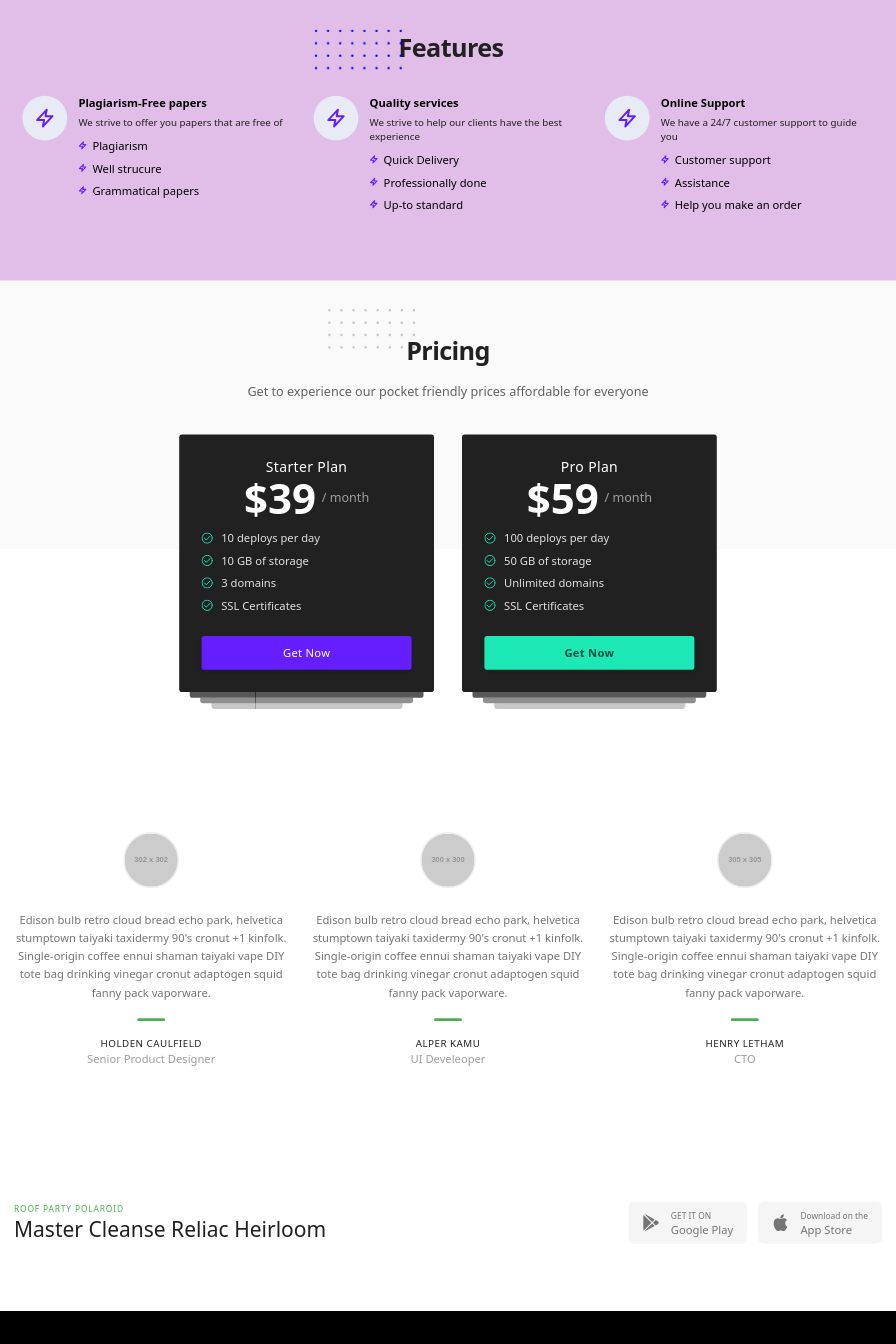
Repository: henrykash/WritingSite
Page: /
The author's editor kept a copy of each file at every save. The page is drawn from the files as they stood at one save, then again after the next save.
The browser window is 1280 px wide. The pictures show the part of the page from y = 694 to 2614 px (the page is 3299 px tall), at 70% of full size.
The project was rebuilt for these pictures with package versions that can differ from the ones it lists, and the page was loaded fresh each time. The framework's server and built-in components were replaced by stand-ins that run in the browser. Also part of the build but not shown: next.config.js, styles/topnav.module.css, styles/tierstyles.module.css.

Above is the page before, as saved 2021-04-23 15:09:26.

After the next save:
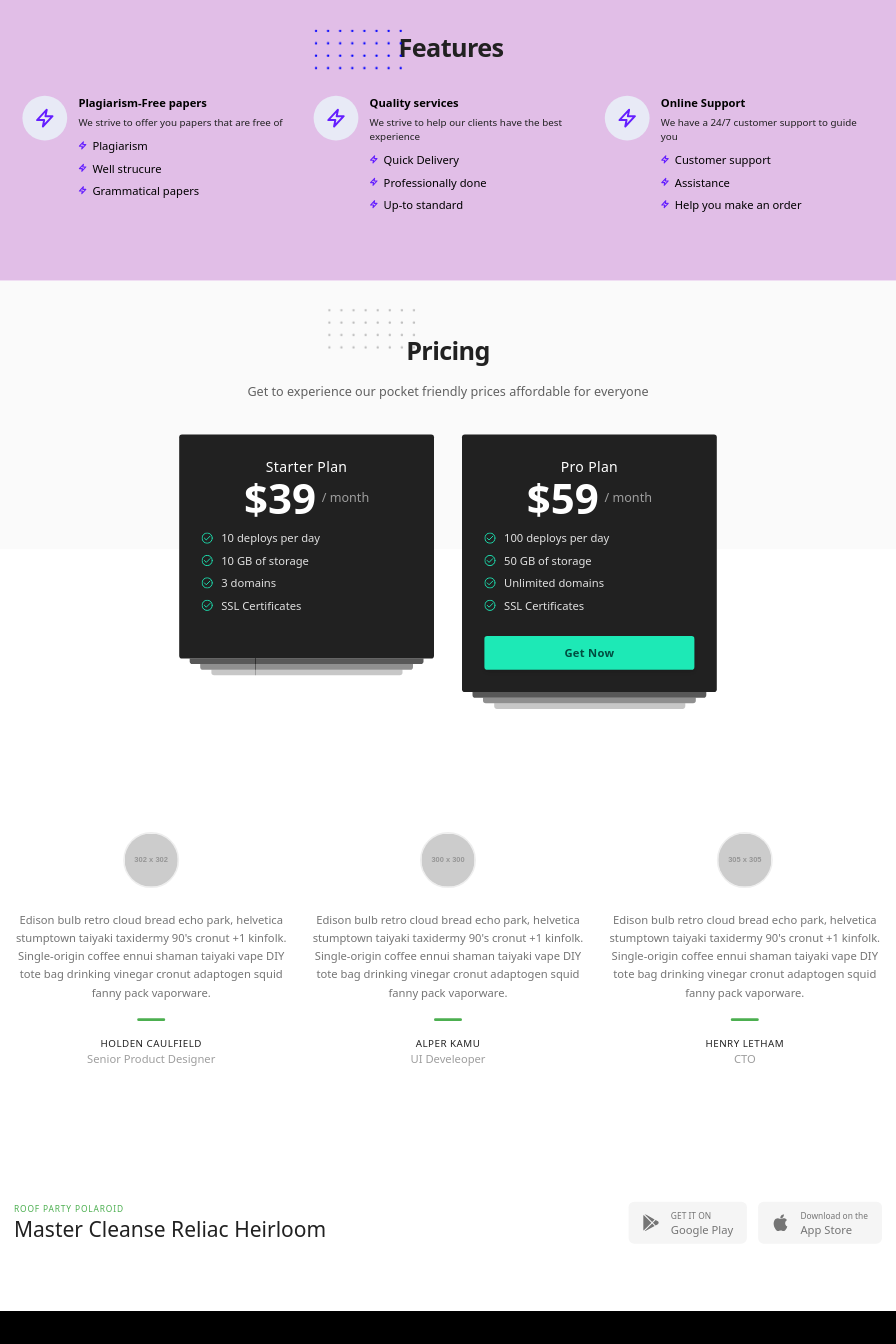
Saved 112 s later.
--- a/Components/pricingTiers/PricingTiers.js
+++ b/Components/pricingTiers/PricingTiers.js
@@ -161,12 +161,7 @@ const PricingTiers = () => {
                     </li>
                   </ul>
 
-                  <button
-                    type="submit"
-                    class="inline-flex items-center justify-center w-full h-12 px-6 font-medium tracking-wide text-white transition duration-200 rounded shadow-md bg-deep-purple-accent-400 hover:bg-deep-purple-accent-700 focus:shadow-outline focus:outline-none"
-                  >
-                    Get Now
-                  </button>
+
                 </div>
                 <div class="w-11/12 h-2 mx-auto bg-gray-900 rounded-b opacity-75" />
                 <div class="w-10/12 h-2 mx-auto bg-gray-900 rounded-b opacity-50" />
